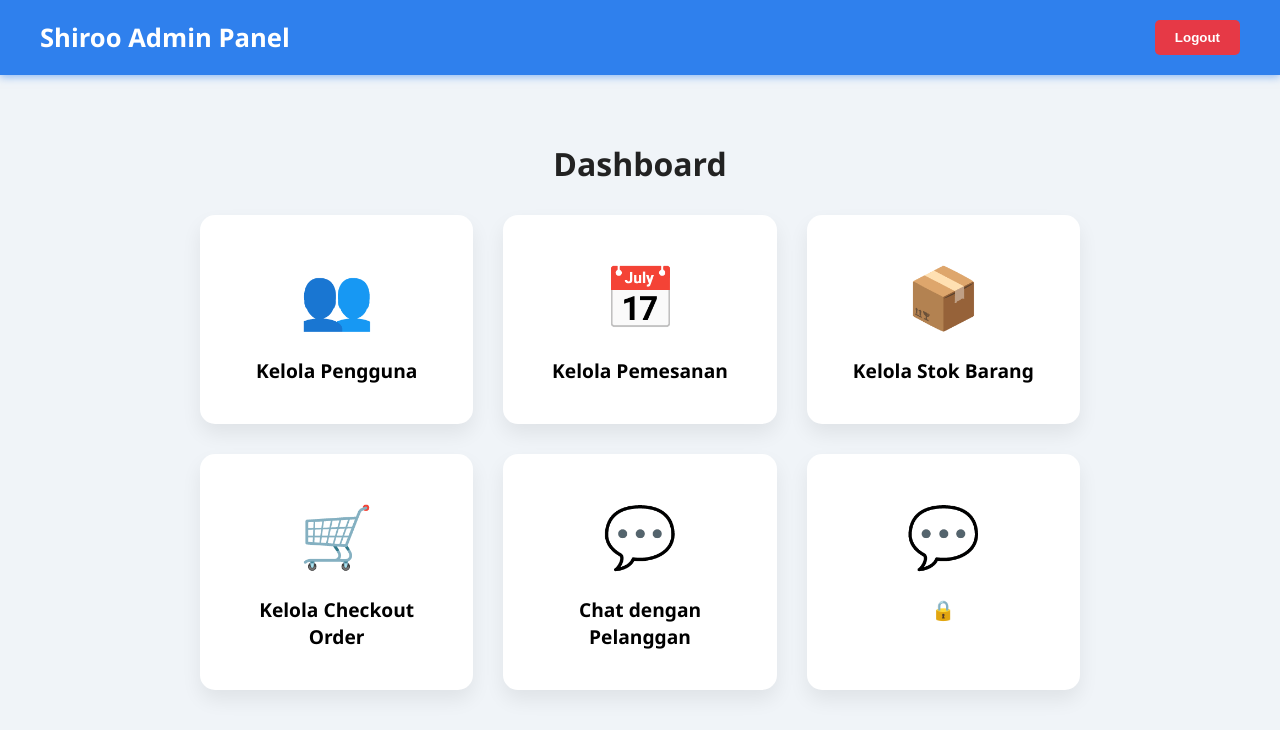
Repository: Senicccc/Shiroo-Pet-Store-Web-App
Page: http://localhost/admin/dashboard.php
The author's editor kept a copy of each file at every save. The page is drawn from the files as they stood at one save, then again after a run of saves.
The browser window is 1280 px wide. The pictures show the whole page.
The page is run by PHP 8.4 with error messages shown; the project is at /var/www/html/. The session is filled in as if someone had signed in: {"admin_id": 3}. Other server files are loaded and not shown. The database holds what the project's SQL file puts in it.

Above is the page before, as saved 2025-05-31 11:48:25.

### admin/dashboard.php
<?php
session_start();

if (!isset($_SESSION['admin_id'])) {
    header("Location: login.php");
    exit;
}

$koneksi = new mysqli("localhost", "root", "", "shiroo_db");
$admin_id = $_SESSION['admin_id'];
$query = $koneksi->prepare("SELECT username FROM admin WHERE id = ?");
$query->bind_param("i", $admin_id);
$query->execute();
$result = $query->get_result();
$admin = $result->fetch_assoc();
$username = $admin ? $admin['username'] : "Admin";

?>

<!DOCTYPE html>
<html lang="id">

<head>
    <meta charset="UTF-8" />
    <meta name="viewport" content="width=device-width, initial-scale=1" />
    <title>Dashboard Admin - Shiroo Pet Store</title>
    <link rel="stylesheet" href="css/dashboard.css">
</head>

<body>
    <header>
        <h1>Shiroo Admin Panel</h1>
        <div>
            <form style="display:inline;" method="post" action="admin_logout.php">
                <button type="submit" class="logout-btn" name="logout">Logout</button>
            </form>
        </div>
    </header>

    <main>
        <h2>Dashboard</h2>
        <div class="cards">
            <a href="manage-users.php" class="card" title="Kelola Pengguna">
                <div class="card-icon">👥</div>
                Kelola Pengguna
            </a>
            <a href="manage-bookings.php" class="card" title="Kelola Pemesanan">
                <div class="card-icon">📅</div>
                Kelola Pemesanan
            </a>
            <a href="manage-products.php" class="card" title="Kelola Stok Barang">
                <div class="card-icon">📦</div>
                Kelola Stok Barang
            </a>
            <a href="manage-checkout-orders.php" class="card" title="Kelola Checkout Order">
                <div class="card-icon">🛒</div>
                Kelola Checkout Order
            </a>
            <a href="chat-customers.php" class="card" title="Chat dengan Pelanggan">
                <div class="card-icon">💬</div>
                Chat dengan Pelanggan
            </a>
            <a href="chat-customers.php" class="card" title="Chat dengan Pelanggan">
                <div class="card-icon">💬</div>
                🔒
            </a>
        </div>
    </main>
</body>

</html>

### admin/css/dashboard.css
* {
  box-sizing: border-box;
}

body {
  font-family: "Segoe UI", Tahoma, Geneva, Verdana, sans-serif;
  background: #f0f4f8;
  margin: 0;
  padding: 0;
}

header {
  background-color: #2f80ed;
  color: white;
  padding: 20px 40px;
  display: flex;
  justify-content: space-between;
  align-items: center;
  box-shadow: 0 2px 8px rgb(47 128 237 / 0.5);
}

header h1 {
  margin: 0;
  font-weight: 700;
  font-size: 1.6rem;
}

header .welcome {
  font-size: 1rem;
  opacity: 0.85;
  margin-right: 20px;
}

header .logout-btn {
  background-color: #e63946;
  border: none;
  color: white;
  padding: 10px 20px;
  border-radius: 5px;
  font-weight: 600;
  cursor: pointer;
  transition: background-color 0.3s ease;
}

header .logout-btn:hover {
  background-color: #b3212a;
}

main {
  padding: 40px 60px;
  max-width: 1000px;
  margin: 0 auto;
}

h2 {
  font-weight: 700;
  color: #222;
  margin-bottom: 30px;
  font-size: 2rem;
  text-align: center;
}

.cards {
  display: grid;
  grid-template-columns: repeat(auto-fit, minmax(220px, 1fr));
  gap: 30px;
}

.card {
  background: white;
  border-radius: 15px;
  padding: 40px 30px;
  box-shadow: 0 10px 20px rgb(0 0 0 / 0.07);
  cursor: pointer;
  text-align: center;
  transition: transform 0.3s ease, box-shadow 0.3s ease;
  display: flex;
  flex-direction: column;
  align-items: center;
  color: #2f80ed;
  font-weight: 600;
  font-size: 1.2rem;
  user-select: none;
}

.card:hover {
  transform: translateY(-8px);
  box-shadow: 0 15px 35px rgb(47 128 237 / 0.3);
  color: #155ab7;
}

.card-icon {
  font-size: 60px;
  margin-bottom: 20px;
  pointer-events: none;
}

a.card {
  text-decoration: none;
  color: inherit;
}

### database/shiroo_db.sql (the tables this page reads)
CREATE TABLE `admin` (
  `id` int(11) NOT NULL,
  `username` varchar(50) NOT NULL,
  `password` varchar(255) NOT NULL,
  `created_at` timestamp NOT NULL DEFAULT current_timestamp()
) ENGINE=InnoDB DEFAULT CHARSET=utf8mb4 COLLATE=utf8mb4_general_ci;

INSERT INTO `admin` (`id`, `username`, `password`, `created_at`) VALUES
(3, 'admin1', '$2y$10$DvjQ0TnpRM0Nd2cQGxQeuO4P1sy9uBzMZy1mJX/yPAGq3gXHgRGv2', '2025-05-23 12:44:47'),
(5, 'admin123', '$2y$10$vDY1nisAwHj9MGi6deHIIO3nO0smMllEeEn4CNrydTCfxK.oMlwsq', '2025-05-23 12:48:01');

ALTER TABLE `admin`
  ADD PRIMARY KEY (`id`),
  ADD UNIQUE KEY `username` (`username`);

ALTER TABLE `admin`
  MODIFY `id` int(11) NOT NULL AUTO_INCREMENT, AUTO_INCREMENT=6;

After the next 2 saves:
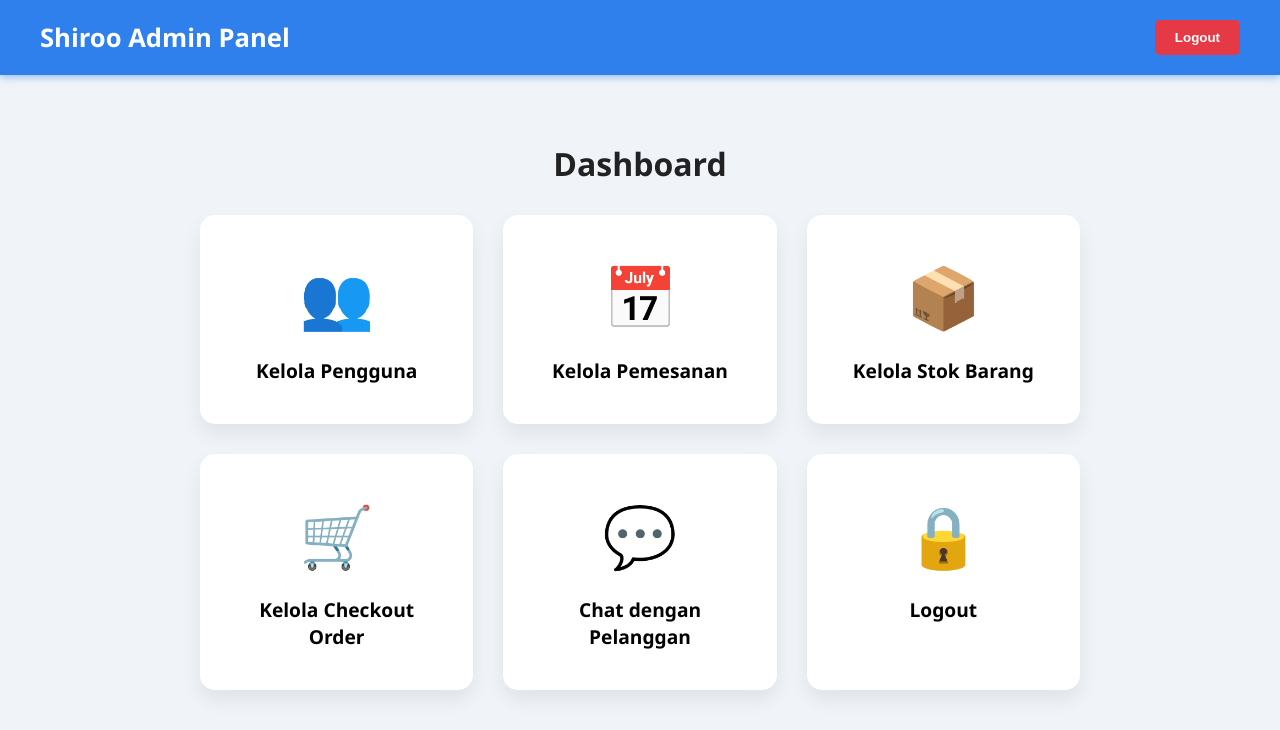
The 2 saves are shown as one change because they came seconds apart.
The last was saved 7 s later.
--- a/admin/dashboard.php
+++ b/admin/dashboard.php
@@ -61,8 +61,8 @@ $username = $admin ? $admin['username'] : "Admin";
                 Chat dengan Pelanggan
             </a>
             <a href="chat-customers.php" class="card" title="Chat dengan Pelanggan">
-                <div class="card-icon">💬</div>
-                🔒
+                <div class="card-icon">🔒</div>
+                Logout
             </a>
         </div>
     </main>
